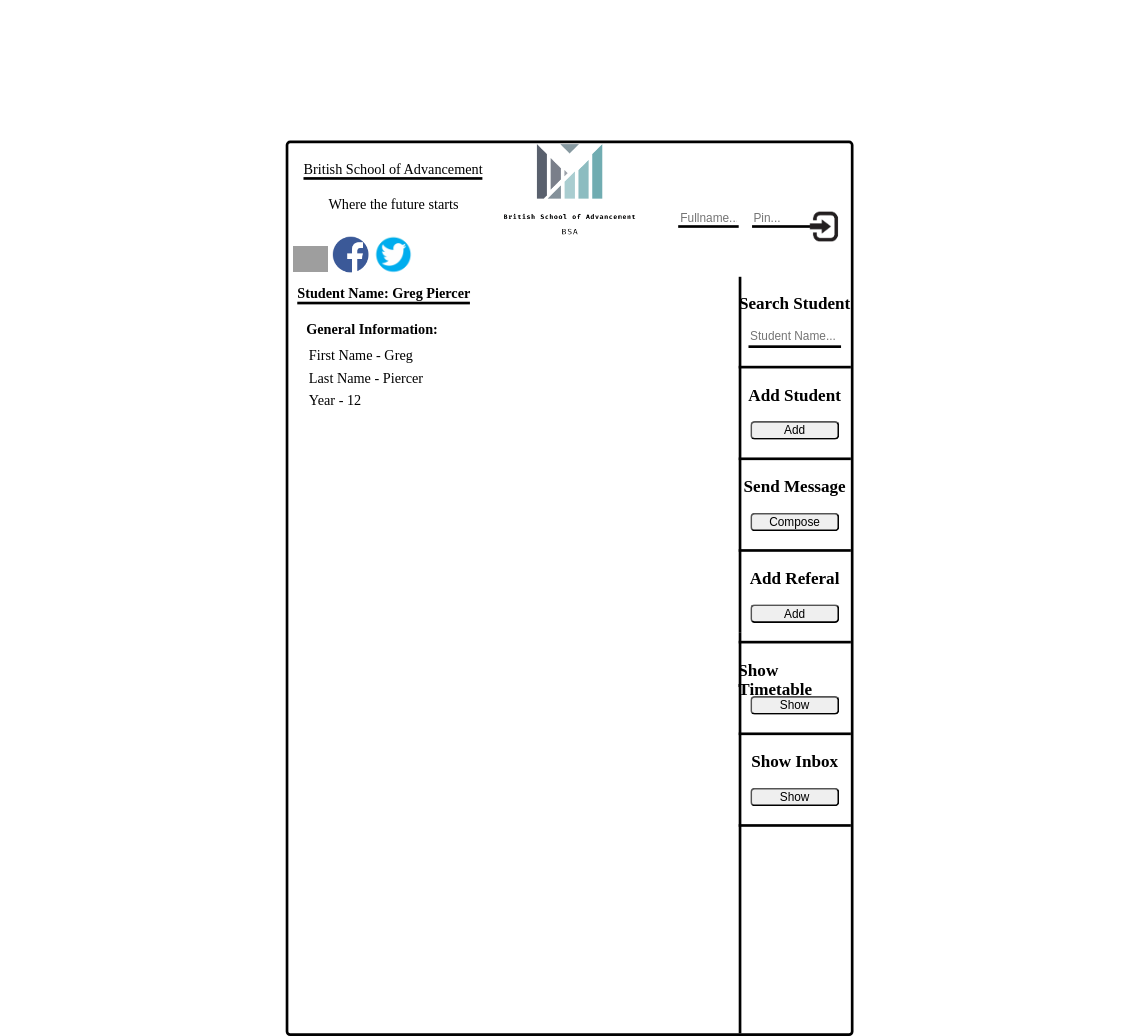
Repository: ghend99/School-app
Page: index.html
The author's editor kept a copy of each file at every save. The page is drawn from the files as they stood at one save, then again after the next save.
The browser window is 1280 px wide. The pictures show the whole page, at 89% of full size.
Pictures or frames that could not be fetched are drawn as grey boxes.

Above is the page before, as saved 2023-03-24 14:23:15.

### index.html
<!DOCTYPE html>
<html lang="en">
  <head>
    <meta charset="UTF-8" />
    <meta http-equiv="X-UA-Compatible" content="IE=edge" />
    <meta name="viewport" content="width=device-width, initial-scale=1.0" />
    <title>Document</title>
    <link rel="stylesheet" href="style.css" />
  </head>
  <body>
    <div id="main-container">
      <!-- Header -->
      <div id="header-container">
        <p class="header-school-name">British School of Advancement</p>
        <p class="header-school-slogan">Where the future starts</p>
        <img
          id="header-socials"
          class="header-linkedin"
          src="images/LinkedIn.png"
        />
        <img
          id="header-socials"
          class="header-facebook"
          src="images/Facebook.png"
        />
        <img
          id="header-socials"
          class="header-twitter"
          src="images/Twitter.png"
        />
        <img class="header-logo" src="images/logo.png" />
        <input
          id="header-login"
          class="header-login-fullname"
          type="text"
          placeholder="Fullname..."
        />
        <input
          id="header-login"
          class="header-login-pin"
          type="number"
          placeholder="Pin..."
        />
        <img class="header-login-button" src="images/login-button.png" />
        <img class="header-login-icon" src="images/login.png" />
      </div>

      <!-- Sidebar -->
      <div id="sidebar-container">
        <div id="sidebar-link">
          <p class="sidebar-link-header">Search Student</p>
          <input class="sidebar-link-search" placeholder="Student Name..." />
        </div>
        <div id="sidebar-link">
          <p class="sidebar-link-header">Add Student</p>
          <button class="sidebar-link-button">Add</button>
        </div>
        <div id="sidebar-link">
          <p class="sidebar-link-header">Send Message</p>
          <button class="sidebar-link-button">Compose</button>
        </div>
        <div id="sidebar-link">
          <p class="sidebar-link-header">Add Referal</p>
          <button class="sidebar-link-button">Add</button>
        </div>
        <div id="sidebar-link">
          <p class="sidebar-link-header">Show Timetable</p>
          <button class="sidebar-link-button">Show</button>
        </div>
        <div id="sidebar-link">
          <p class="sidebar-link-header">Show Inbox</p>
          <button class="sidebar-link-button">Show</button>
        </div>
      </div>

      <!-- Student Information Container -->
      <div id="student-information-container">
        <h1 class="student-information-header">Student Name: Greg Piercer</h1>
        <h3 class="student-information-general-header">General Information:</h3>
        <p id="student-information" class="student-information-firstname">
          First Name - Greg
        </p>
        <p id="student-information" class="student-information-lastname">
          Last Name - Piercer
        </p>
        <p id="student-information" class="student-information-year">
          Year - 12
        </p>
      </div>

      <!-- Student Management Container -->
      <div id="student-management-container"></div>
    </div>

    <!-- Login Container -->
    <div id="login-container"></div>

    <div id="create-account-container"></div>

    <script src="main.js"></script>
  </body>
</html>

### style.css
#main-container {
  position: relative;
  max-width: 50%;
  min-width: 400px;
  height: 70vh;
  min-height: 1000px;
  top: 150px;
  margin-left: auto;
  margin-right: auto;
  /* background-color: lightblue; */
  border: solid;
  border-radius: 5px;
}

#header-container {
  position: relative;
  width: 100%;
  max-height: 15%;
  min-height: 150px;
  /* background-color: lightgray; */
}

.header-school-name {
  position: absolute;
  top: 20px;
  left: 17px;
  font-size: clamp(1rem, 1vw, 2rem);
  border-bottom: solid;
  margin: 0;
}

.header-school-slogan {
  position: absolute;
  top: clamp(5%, 60px, 80px);

  left: clamp(45px, 5%, 70px);
  font-size: clamp(0.9rem, 1.5vw, 1rem);
  margin: 0;
}

#header-socials {
  position: absolute;
  width: 40px;
  bottom: 5px;
}

.header-linkedin {
  left: 5px;
}

.header-facebook {
  left: clamp(50px, 7%, 60px);
}

.header-twitter {
  left: clamp(98px, 9%, 110px);
}

.header-logo {
  margin-left: auto;
  margin-right: auto;
  display: block;
  width: 150px;
  height: 100%;
}

#header-login {
  position: absolute;
  max-width: 10%;
  min-width: 5%;
  top: 50%;
  margin: 0;
  background-color: transparent;
  text-decoration: none;
  border: none;
  border-bottom: solid;
  outline: none;
}

.header-login-fullname {
  right: 20%;
}

.header-login-pin {
  right: 7%;
}

.header-login-button {
  position: absolute;
  right: 5px;
  width: 50px;
  top: 45%;
}

.header-login-icon {
  display: none;
}
#sidebar-container {
  position: absolute;
  max-width: 30%;
  min-width: 20%;
  height: 85%;
  right: 0;
  flex-direction: column;
  /* background-color: lightcoral; */
}

#sidebar-link {
  position: relative;
  display: flex;
  width: 100%;
  height: 100px;
  /* background-color: brown; */
  justify-content: center;
  border-bottom: solid;
}

.sidebar-link-header {
  position: absolute;
  font-size: clamp(0.9rem, 1.5vw, 1.2rem);
  font-weight: bold;
}

.sidebar-link-search {
  position: absolute;
  max-width: 75%;
  min-width: 100px;
  height: 20px;
  bottom: 20px;
  background-color: transparent;
  text-decoration: none;
  border: none;
  border-bottom: solid;
  outline: none;
}

.sidebar-link-button {
  position: absolute;
  max-width: 75%;
  min-width: 100px;
  bottom: 20px;
  border-radius: 5px;
}

#student-information-container {
  position: relative;
  max-width: 80%;
  min-width: 50%;
  height: 40%;
  top: 0;
  /* background-color: lightgreen; */
  border-right: solid;
}

.student-information-header {
  position: absolute;
  margin: 0;
  top: 10px;
  left: 10px;
  font-size: clamp(1rem, 1vw, 2rem);
  border-bottom: solid;
}

.student-information-general-header {
  position: absolute;
  top: 50px;
  left: 20px;
  font-size: clamp(1rem, 0.8vw, 2.5rem);
  margin: 0;
}

#student-information {
  position: absolute;
  margin: 0;
  font-size: clamp(1rem, 0.4vw, 1.3rem);
}

.student-information-firstname {
  top: 80px;
  left: 23px;
}

.student-information-lastname {
  top: 105px;
  left: 23px;
}

.student-information-year {
  top: 130px;
  left: 23px;
}

#student-management-container {
  position: relative;
  max-width: 80%;
  min-width: 50%;
  height: 45%;
  bottom: 0;
  /* background-color: lightgoldenrodyellow; */
  border-right: solid;
}

#login-container {
  position: absolute;
  top: 50%;
  left: 50%;
  transform: translate(-50%, -50%);
  max-width: 70%;
  min-width: 400px;
  height: 40vh;
  opacity: 0;
  /* background-color: aliceblue; */
}

#create-account-container {
  position: absolute;
  top: 50%;
  left: 50%;
  transform: translate(-50%, -50%);
  max-width: 70%;
  min-width: 420px;
  height: 50vh;
  opacity: 0;
  /* background-color: aliceblue; */
}

@media screen and (min-width: 0) and (max-width: 1200px) {
  .header-school-slogan {
    top: 50px;
  }

  .header-logo {
    display: none;
  }

  #header-login {
    display: none;
  }

  .header-login-button {
    display: none;
  }

  .header-login-icon {
    position: absolute;
    display: flex;
    right: 5px;
    width: 50px;
    top: 45%;
  }

  #sidebar-container {
    display: none;
  }
}

Loaded but not shown: js/main.js (no copy from this time; the picture is the same without it)

After the next save:
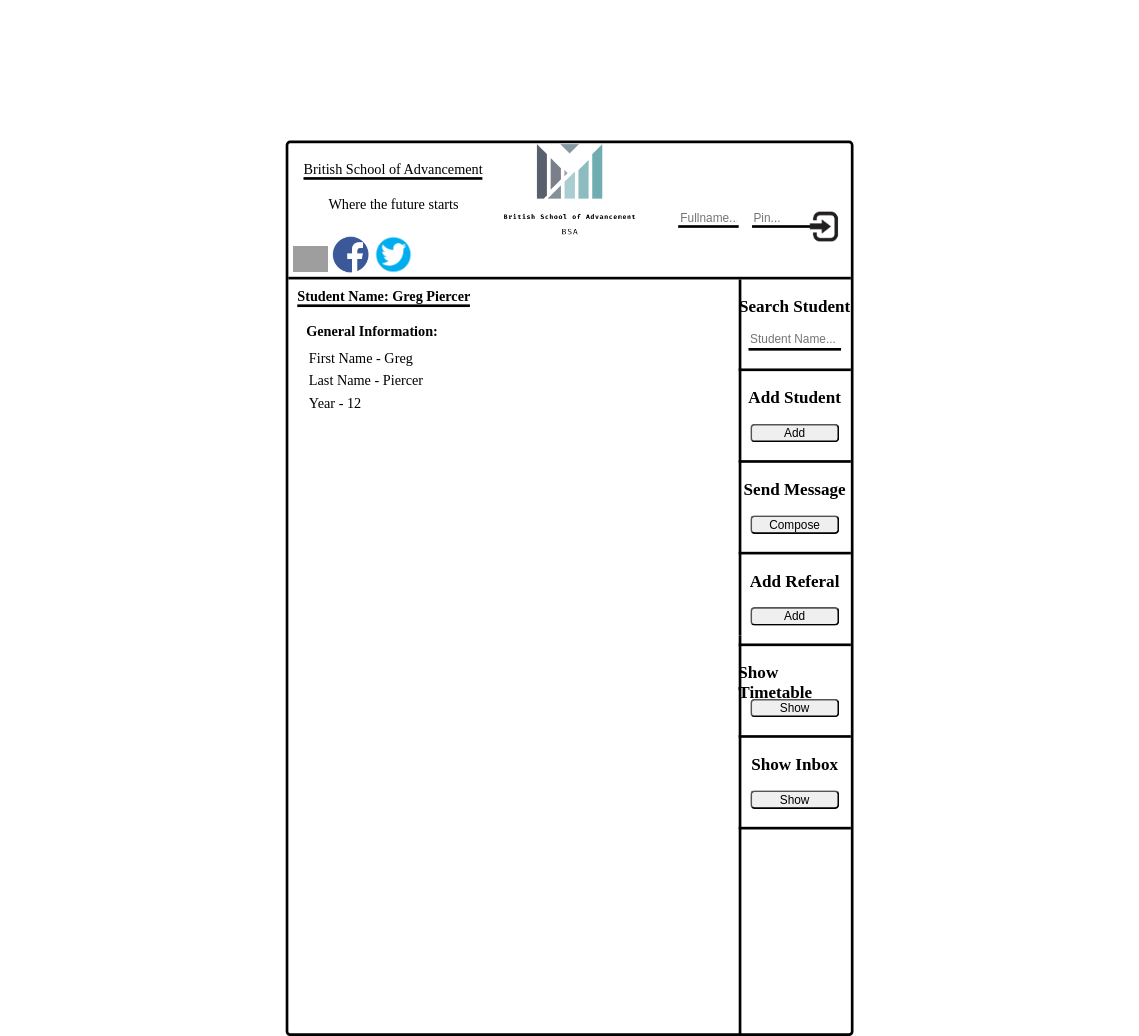
Saved 14 s later.
--- a/style.css
+++ b/style.css
@@ -18,6 +18,7 @@
   max-height: 15%;
   min-height: 150px;
   /* background-color: lightgray; */
+  border-bottom: solid;
 }
 
 .header-school-name {
